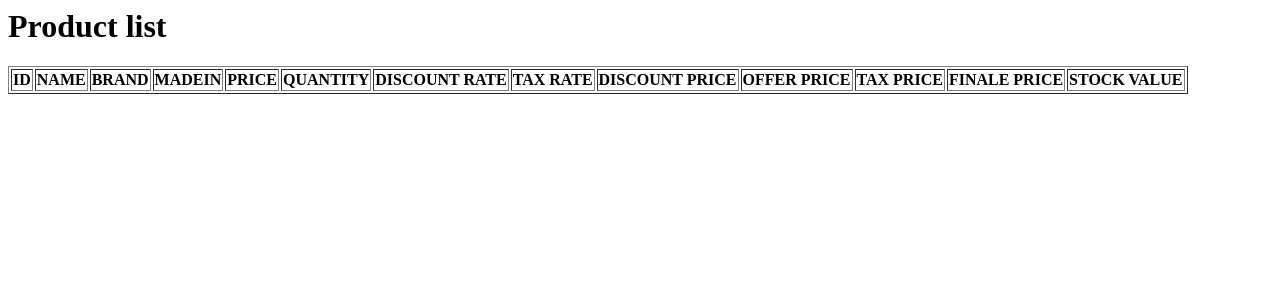
Repository: Lathadasari3010/SoftwareExamples
Page: http://localhost/product-list
An editor plug-in stored every save of this project. The page is shown before and after the next save, followed by the edit.
The browser window is 1280 px wide. The pictures show the whole page.
The page is this project's Thymeleaf template; nobody is signed in. The template is opened directly, without the code that normally fills it, so the values that code supplies are empty.

Above is the page before, as saved 2024-12-20 08:49:54.

### SpringBoot/src/main/resources/templates/product-list.html
<html>
	<head>
		<title>Product list</title>
	</head>
	<body>
		<div>
			<h1>Product list</h1>
			<table border="1">
				<thead>
					<tr>
						<th>ID</th>
						<th>NAME</th>
						<th>BRAND</th>
						<th>MADEIN</th>
						<th>PRICE</th>
						<th>QUANTITY</th>
						<th>DISCOUNT RATE</th>
						<th>TAX RATE</th>
						<th>DISCOUNT PRICE</th>
						<th>OFFER PRICE</th>
						<th>TAX PRICE</th>
						<th>FINALE PRICE</th>
						<th>STOCK VALUE</th>
					</tr>
				</thead>

				<tbody>
					<tr th:each="product:${products}">
						<td th:text="${product.id}"></td>
						<td th:text="${product.name}"></td>
						<td th:text="${product.brand}"></td>
						<td th:text="${product.madeIn}"></td>
						<td th:text="${product.price}"></td>
						<td th:text="${product.quantity}"></td>
						<td th:text="${product.discountRate}"></td>
						<td th:text="${product.taxRate}"></td>
						<td th:text="${product.discountPrice}"></td>
						<td th:text="${product.offerPrice}"></td>
						<td th:text="${product.taxPrice}"></td>
						<td th:text="${product.finalePrice}"></td>
						<td th:text="${product.stockValue}"></td>
					</tr>
				</tbody>
			</table>
		</div>
	</body>
</html>

After the next save:
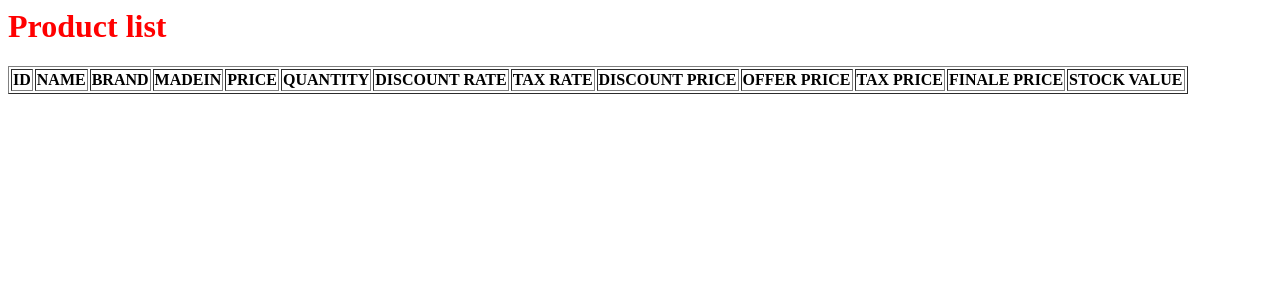
Saved 4 min 39 s later.
--- a/SpringBoot/src/main/resources/templates/product-list.html
+++ b/SpringBoot/src/main/resources/templates/product-list.html
@@ -4,7 +4,7 @@
 	</head>
 	<body>
 		<div>
-			<h1>Product list</h1>
+			<h1 style="color: red;">Product list</h1>
 			<table border="1">
 				<thead>
 					<tr>
